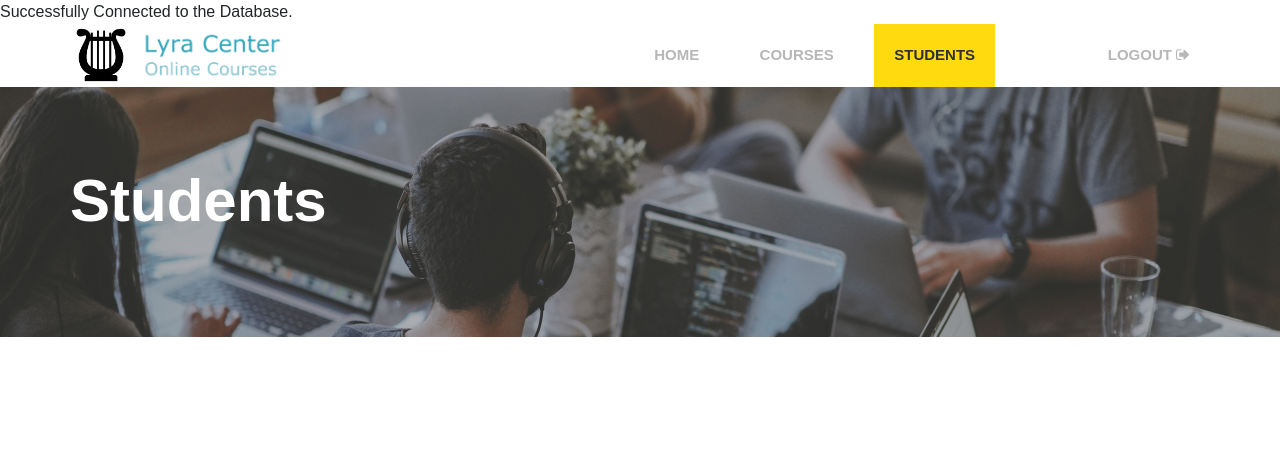
Repository: jersmaecrz/lyra-center
Page: http://localhost/aStudents.php
The author's editor kept a copy of each file at every save. The page is drawn from the files as they stood at one save, then again after the next save.
The browser window is 1280 px wide. The pictures show the whole page.
Some web fonts or font styles are not loaded; a fallback is used. The page is run by PHP 8.4 with error messages shown; the project is at /var/www/html/.

Above is the page before, as saved 2022-12-03 23:31:13.

After the next save:
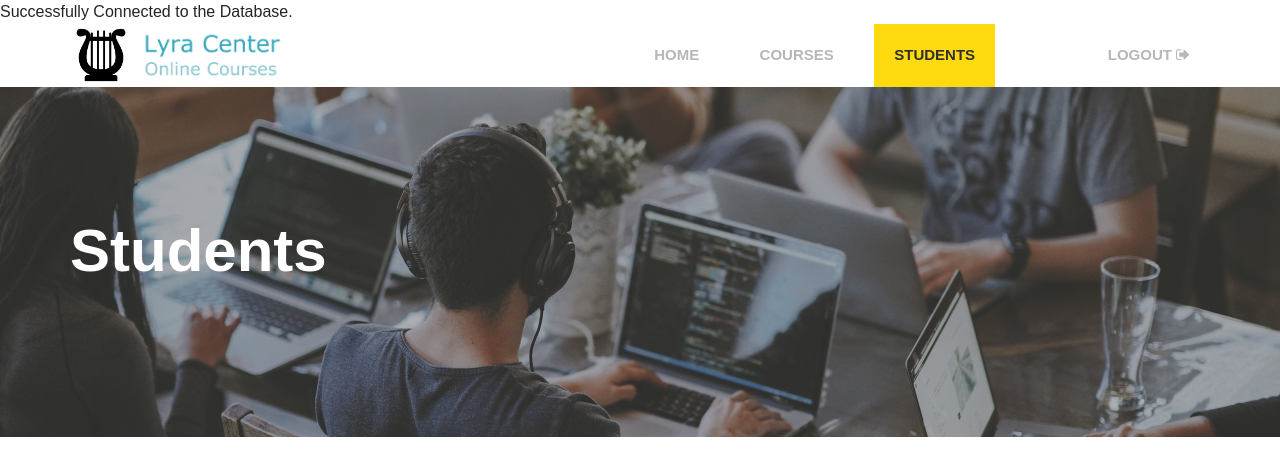
Saved 9 s later.
--- a/css/style.css
+++ b/css/style.css
@@ -522,7 +522,7 @@ color: black;
 	justify-content: center;
 }
 .pg-breadcrumb {
-	height: 250px;
+	height: 350px;
 	display: -webkit-box;
 	display: -ms-flexbox;
 	display: flex;
